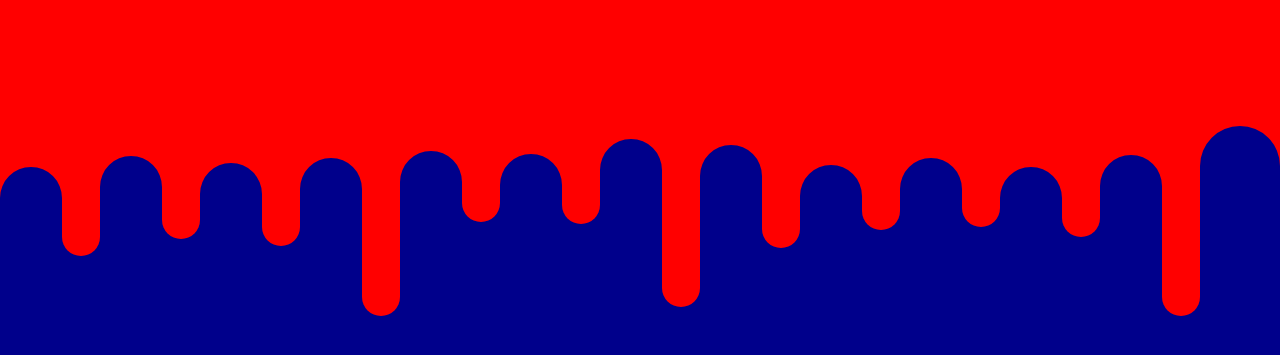
Repository: l-ollie/drip
Page: index.html
These files come from the project's save history. The page is drawn as it stood at one moment and after the next save; the edit follows.
The browser window is 1280 px wide. The pictures show the whole page.

Above is the page before, as saved 2022-06-30 18:40:30.

After the next save:
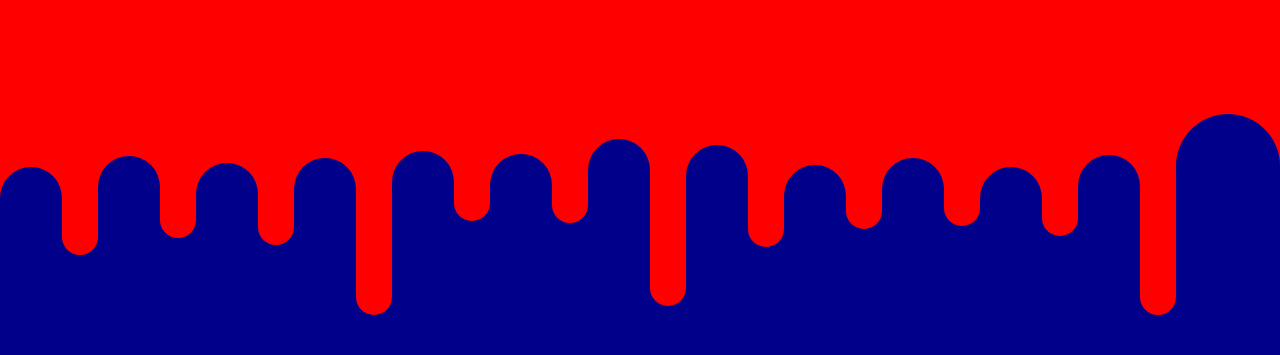
Saved 18 s later.
--- a/drip.js
+++ b/drip.js
@@ -32,7 +32,7 @@ function makeSVG() {
 		if (i % 2 !== 0) {
 			isLow = true;
 			arc = dripLow;
-			width = Math.round(width * 0.738);
+			width = Math.round(width * 0.7);
 			if (random > 40) random *= 2;
 			height = Math.ceil(height + random);
 		} else {
